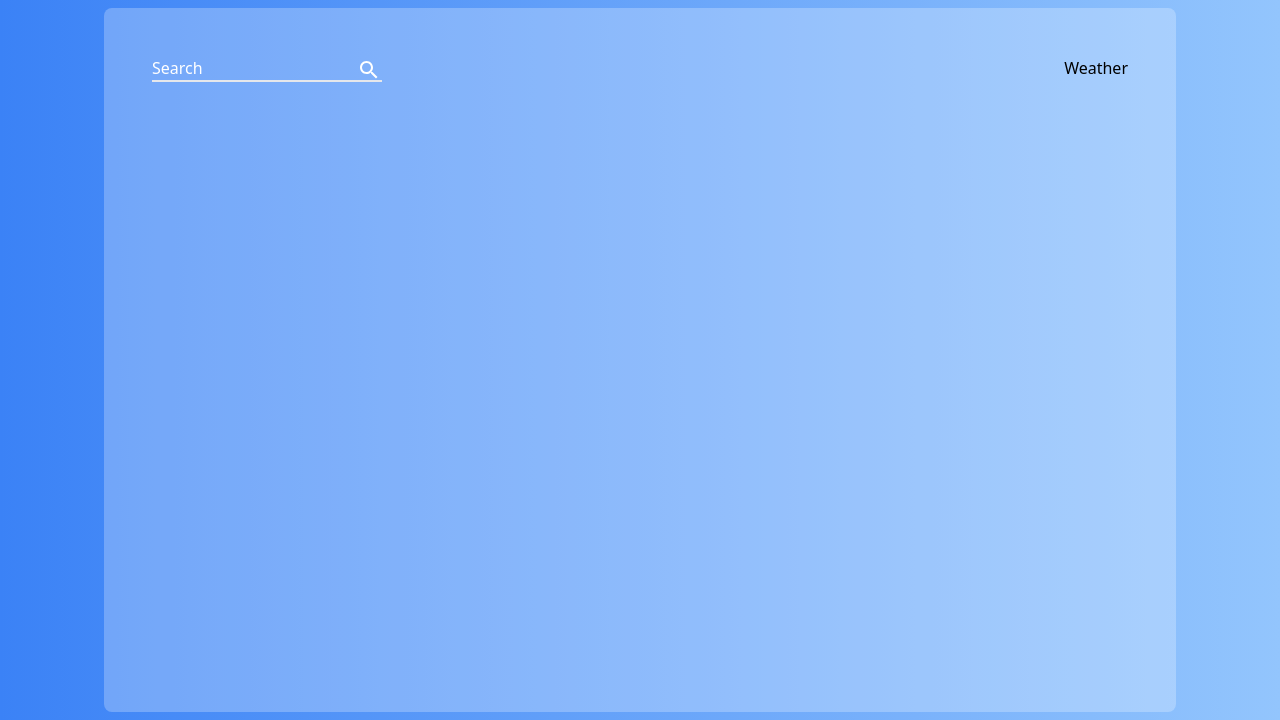
Repository: DevAntonioRogers/react-weatherapp-v2
Page: /
These files come from the project's save history. The page is drawn as it stood at one moment and after the next save; the edit follows.
The browser window is 1280 px wide. The pictures show the whole page.
The project was rebuilt for these pictures with package versions that can differ from the ones it lists, and the page was loaded fresh each time. The framework's server and built-in components were replaced by stand-ins that run in the browser. Also part of the build but not shown: next.config.js.

Above is the page before, as saved 2023-05-18 00:30:37.

### app/layout.tsx
import "./globals.css";
import { Inter } from "next/font/google";

export const metadata = {
  title: "Create Next App",
  description: "Generated by create next app",
};

export default function RootLayout({ children }: { children: React.ReactNode }) {
  return (
    <html lang="en">
      <body>{children}</body>
    </html>
  );
}

### app/page.tsx
import Input from "./components/Input";

export default function Home() {
  return (
    <div className="flex justify-center p-2 bg-cover h-screen bg-gradient-to-r from-blue-500 to-blue-300">
      <div className="bg-white/25 mx-24 w-full rounded-lg p-12">
        <div className="flex justify-between">
          <Input />
          <h1>Weather</h1>
        </div>
      </div>
    </div>
  );
}

### app/components/Input.tsx
"use client";

import SearchIcon from "@mui/icons-material/Search";

const Input = () => {
  return (
    <div className="flex items-center ">
      <input
        type="text"
        className="w-full bg-transparent border-b-2 placeholder-white outline-none text-white"
        placeholder="Search"
      />
      <div className="ml-[-25px] text-white cursor-pointer">
        <SearchIcon />
      </div>
    </div>
  );
};

export default Input;

Loaded but not shown: app/globals.css (common file); tailwind.config.js (common file)

After the next save:
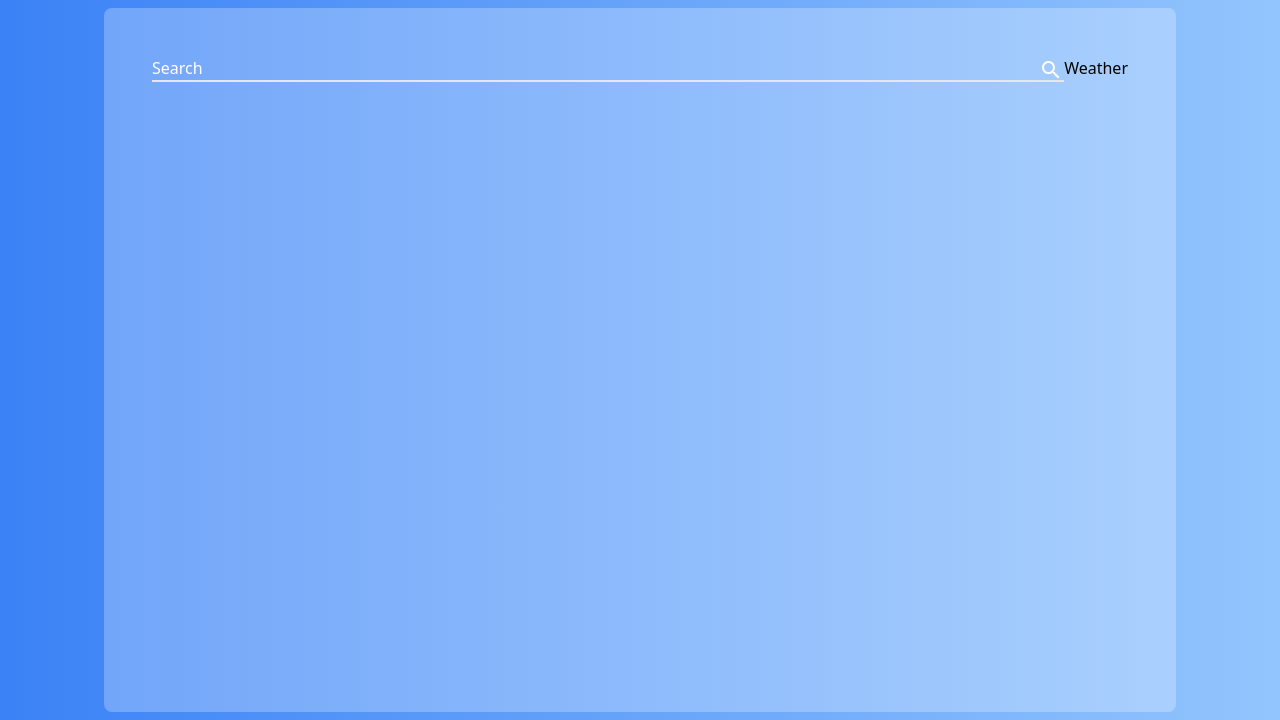
Saved 2 min 38 s later.
--- a/app/components/Input.tsx
+++ b/app/components/Input.tsx
@@ -4,7 +4,7 @@ import SearchIcon from "@mui/icons-material/Search";
 
 const Input = () => {
   return (
-    <div className="flex items-center ">
+    <div className="flex items-center flex-1">
       <input
         type="text"
         className="w-full bg-transparent border-b-2 placeholder-white outline-none text-white"
